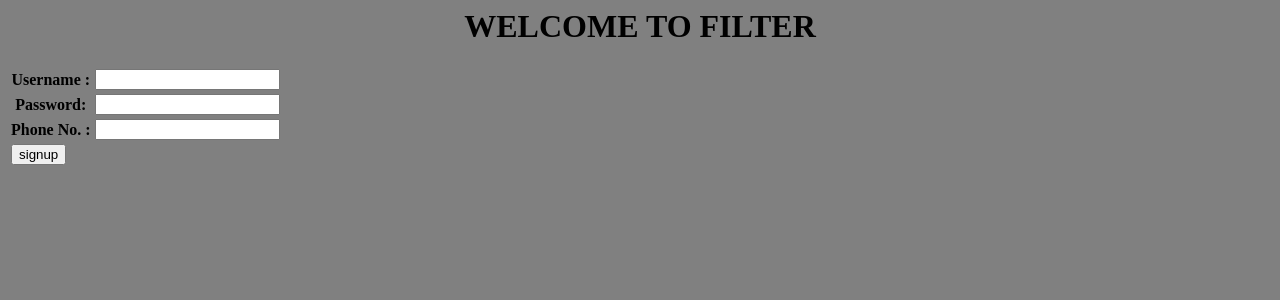
Repository: talkgunish/JAVA-WORLD
Page: advance_java/my_eclipse_java_proj/cookie_session/Filter/WebContent/signup.html
These files come from the project's save history. The page is drawn as it stood at one moment and after the next save; the edit follows.
The browser window is 1280 px wide. The pictures show the whole page.

Above is the page before, as saved 2018-06-21 08:37:53.

After the next save:
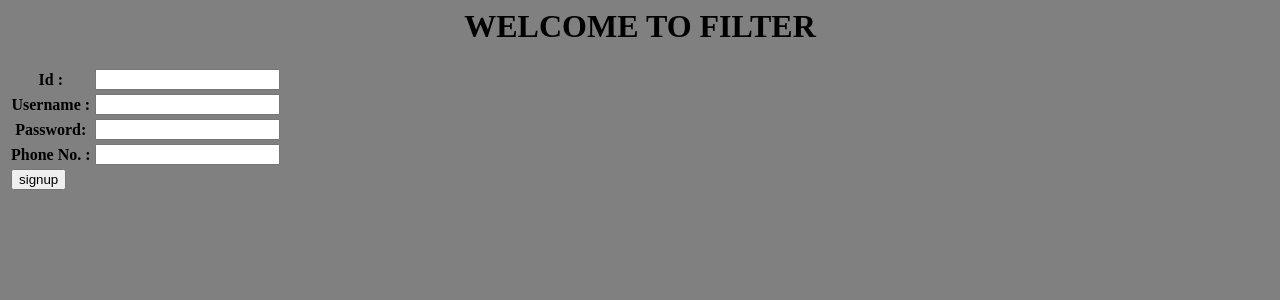
Saved 5 min 23 s later.
--- a/advance_java/my_eclipse_java_proj/cookie_session/Filter/WebContent/signup.html
+++ b/advance_java/my_eclipse_java_proj/cookie_session/Filter/WebContent/signup.html
@@ -9,6 +9,8 @@
 
 <h1>WELCOME TO FILTER</h1>
 <table>
+<tr><th>Id :</th>
+<td> <input type="text" name="id"></td></tr>
 <tr><th>Username :</th>
 <td> <input type="text" name="username"></td></tr>
 <tr><th>Password: </th>
